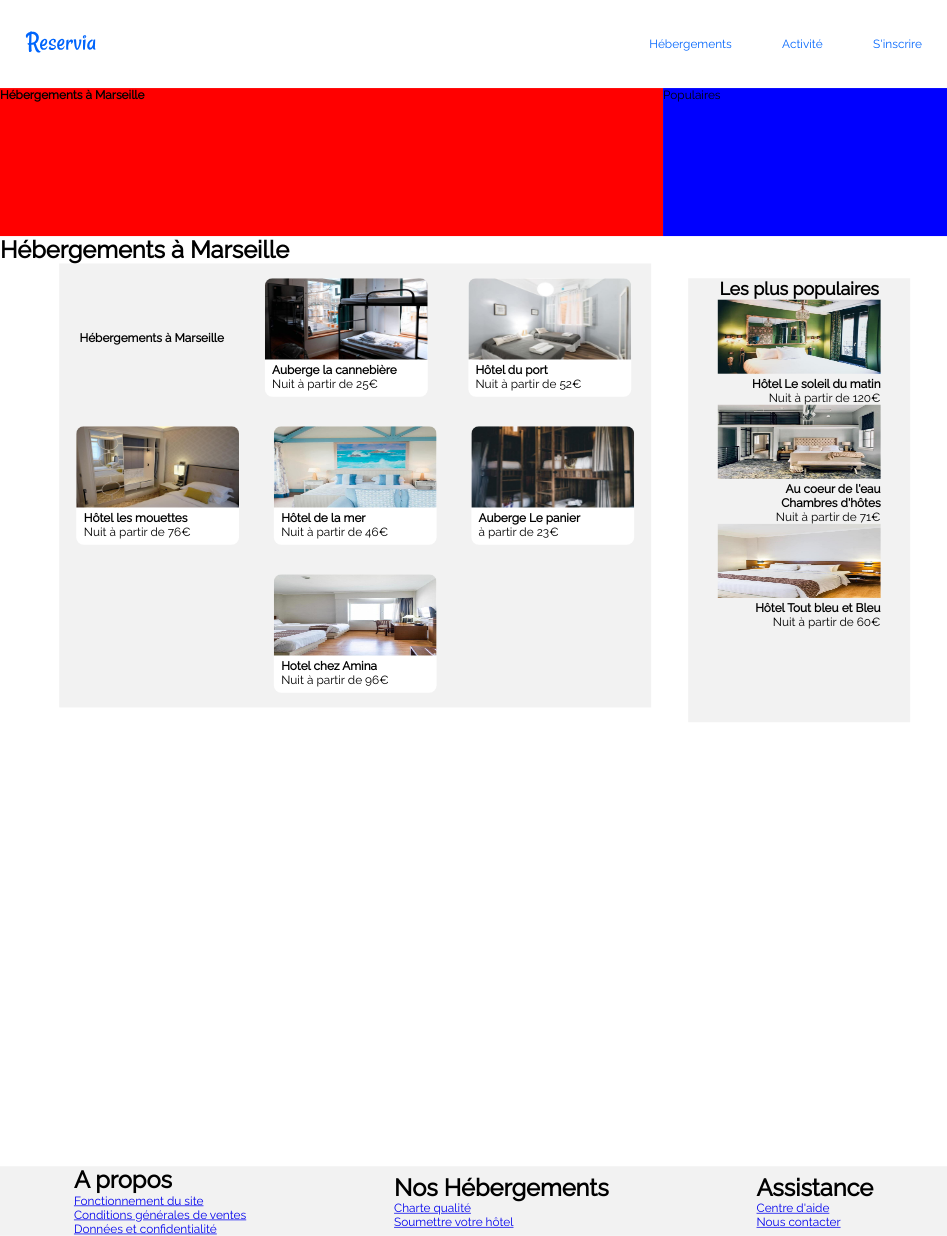
Repository: SoumareHarona/Soumaraharona_P2_18052021
Page: reservia.html
The author's editor kept a copy of each file at every save. The page is drawn from the files as they stood at one save, then again after the next save.
The browser window is 1280 px wide. The pictures show the whole page, at 74% of full size.

Above is the page before, as saved 2021-06-14 15:58:56.

After the next save:
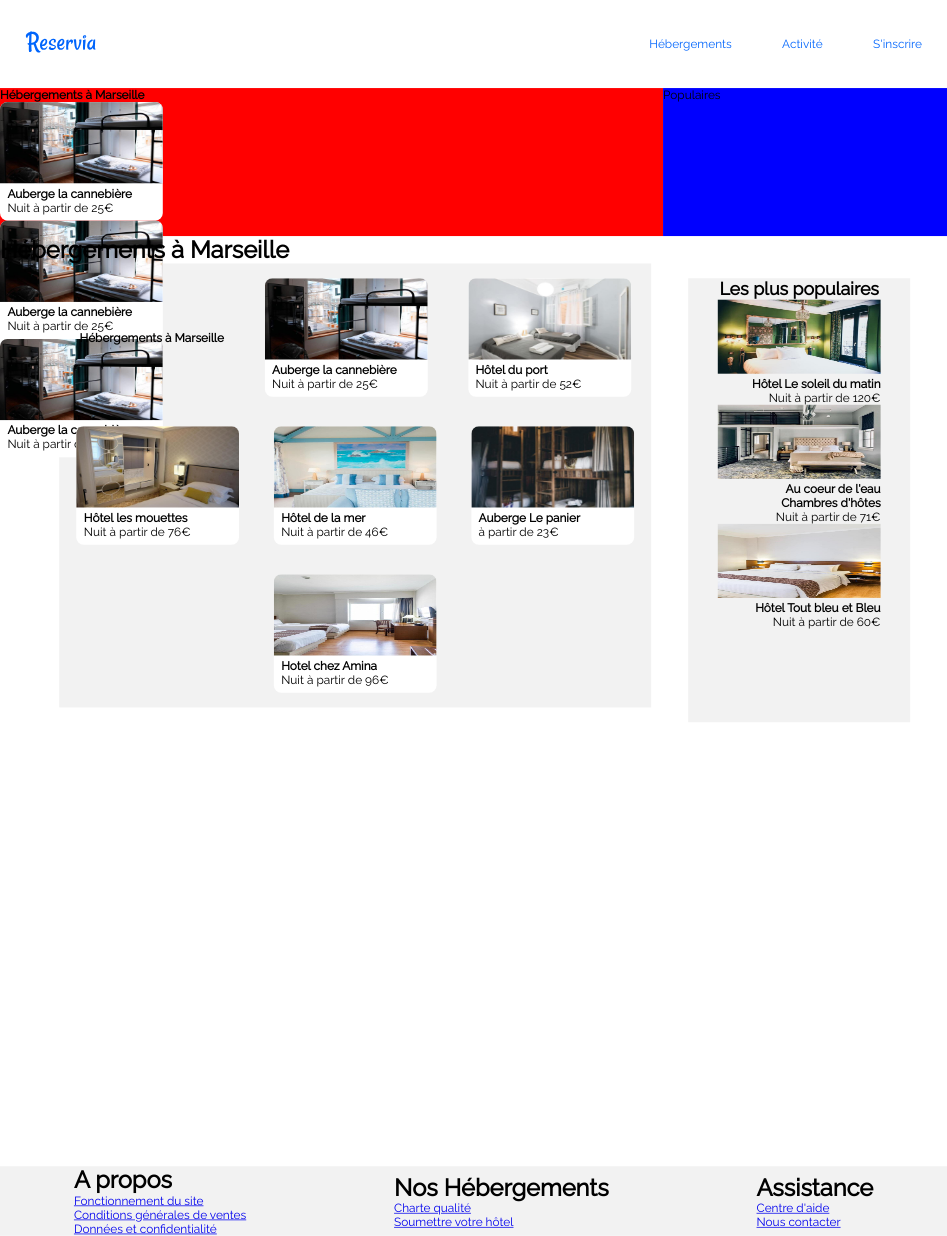
Saved 112 s later.
--- a/reservia.html
+++ b/reservia.html
@@ -25,7 +25,19 @@
 
         <div class="hebEtPop" style="display: flex;">
             <div class="heb" style="background-color: red;height: 200px;">
-                <div class="titre"><p><b>Hébergements à Marseille</b></p></div>
+                <p class="titre"><b>Hébergements à Marseille</b></p>
+                                <div class="items">
+                    <a href="#"><img class="mosaique" src="images/hebergements/4_small/marcus-loke-WQJvWU_HZFo-unsplash.jpg" alt="" ></a>
+                    <p><b>Auberge la cannebière</b><br>Nuit à partir de 25€</p>
+                </div>
+                                <div class="items">
+                    <a href="#"><img class="mosaique" src="images/hebergements/4_small/marcus-loke-WQJvWU_HZFo-unsplash.jpg" alt="" ></a>
+                    <p><b>Auberge la cannebière</b><br>Nuit à partir de 25€</p>
+                </div>
+                                <div class="items">
+                    <a href="#"><img class="mosaique" src="images/hebergements/4_small/marcus-loke-WQJvWU_HZFo-unsplash.jpg" alt="" ></a>
+                    <p><b>Auberge la cannebière</b><br>Nuit à partir de 25€</p>
+                </div>
             </div>
             <div class="pop" style="background-color: blue;height: 200px;">Populaires</div>
         </div>
